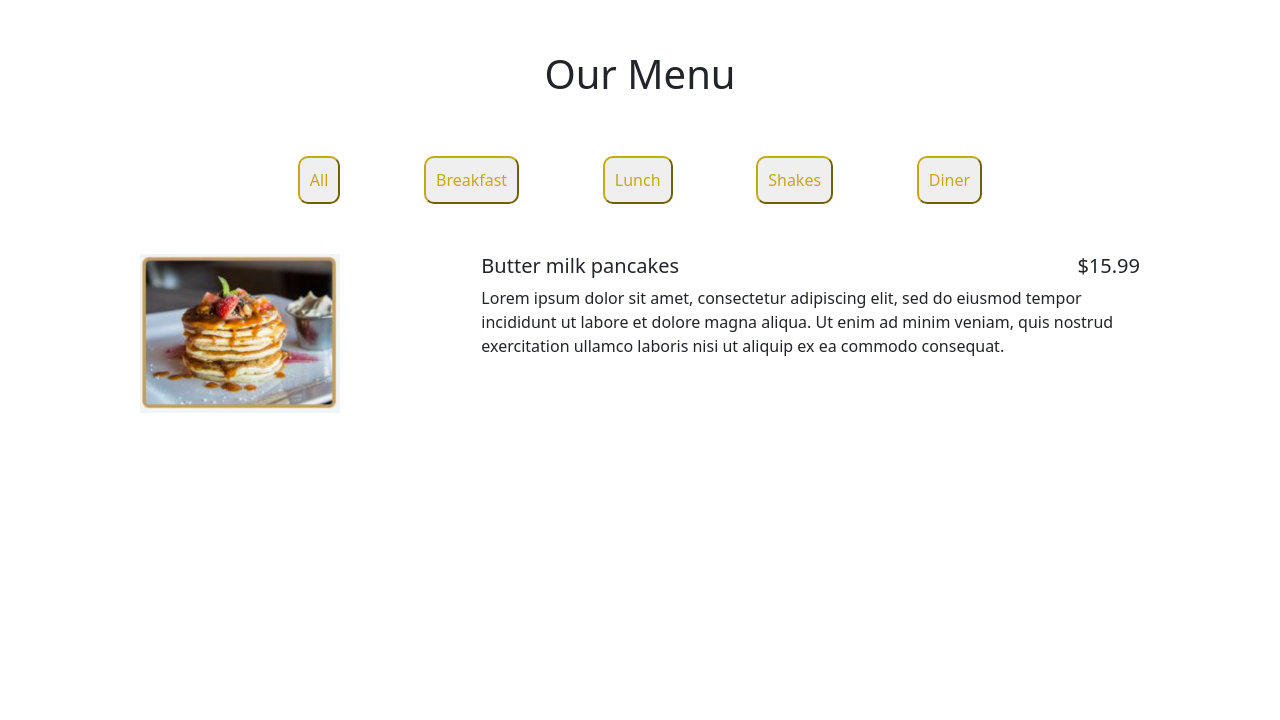
Repository: Sarah7223/internet-programming-tp
Page: TP4/TP04.2.html
The author's editor kept a copy of each file at every save. The page is drawn from the files as they stood at one save, then again after the next save.
The browser window is 1280 px wide. The pictures show the whole page.

Above is the page before, as saved 2023-01-31 22:46:51.

### TP4/TP04.2.html
<!doctype html>
<html lang="en">
  <head>
    <meta charset="utf-8">
    <meta name="viewport" content="width=device-width, initial-scale=1">
    <title>Bootstrap demo</title>
    <link href="https://cdn.jsdelivr.net/npm/bootstrap@5.3.0-alpha1/dist/css/bootstrap.min.css" rel="stylesheet" integrity="sha384-GLhlTQ8iRABdZLl6O3oVMWSktQOp6b7In1Zl3/Jr59b6EGGoI1aFkw7cmDA6j6gD" crossorigin="anonymous">
    <style>
        .background{
            height:100%;
            width:100%;
            display: flex;
            flex-direction: column;
            align-items: center;
        }
        h1{
            margin-top:50px;

        }
        .buttons{
            margin-top:50px;
            display:flex;
            width:60%;
            justify-content: space-around;
        }
        img{
            width: 200px;
        }
        .title-price{
            display: flex;
            justify-content: space-between;
        }
        .row{
            margin-top:50px;
            width:80%;
        }
        h3{
            font-size: 20px;
        }
        button{
            color: rgb(196, 169, 16);
            border-color: rgb(196, 169, 16);
            border-radius: 10px;
            padding:10px;
        }


    </style>
    </head>
  <body>
    <div class="background">
        <h1> Our Menu </h1>
        <div class="buttons">
            <button >All</button>
            <button>Breakfast</button>
            <button>Lunch</button>
            <button>Shakes</button>
            <button>Diner</button>
        </div>
        <div class="row">
            <div class="col-sm-4">
                <img src="./pancakes.png">
            </div>
            <div class="col-sm-8">
                <div class="title-price">
                    <h3>Butter milk pancakes</h3>
                    <h3>$15.99</h3>
                </div>
                <p>Lorem ipsum dolor sit amet, consectetur adipiscing elit, sed do eiusmod tempor incididunt ut labore et dolore magna aliqua. Ut enim ad minim veniam, quis nostrud exercitation ullamco laboris nisi ut aliquip ex ea commodo consequat. </p>

            </div>
        </div>

    </div>
    <script src="https://cdn.jsdelivr.net/npm/bootstrap@5.3.0-alpha1/dist/js/bootstrap.bundle.min.js" integrity="sha384-w76AqPfDkMBDXo30jS1Sgez6pr3x5MlQ1ZAGC+nuZB+EYdgRZgiwxhTBTkF7CXvN" crossorigin="anonymous"></script>
  </body>
</html>

After the next save:
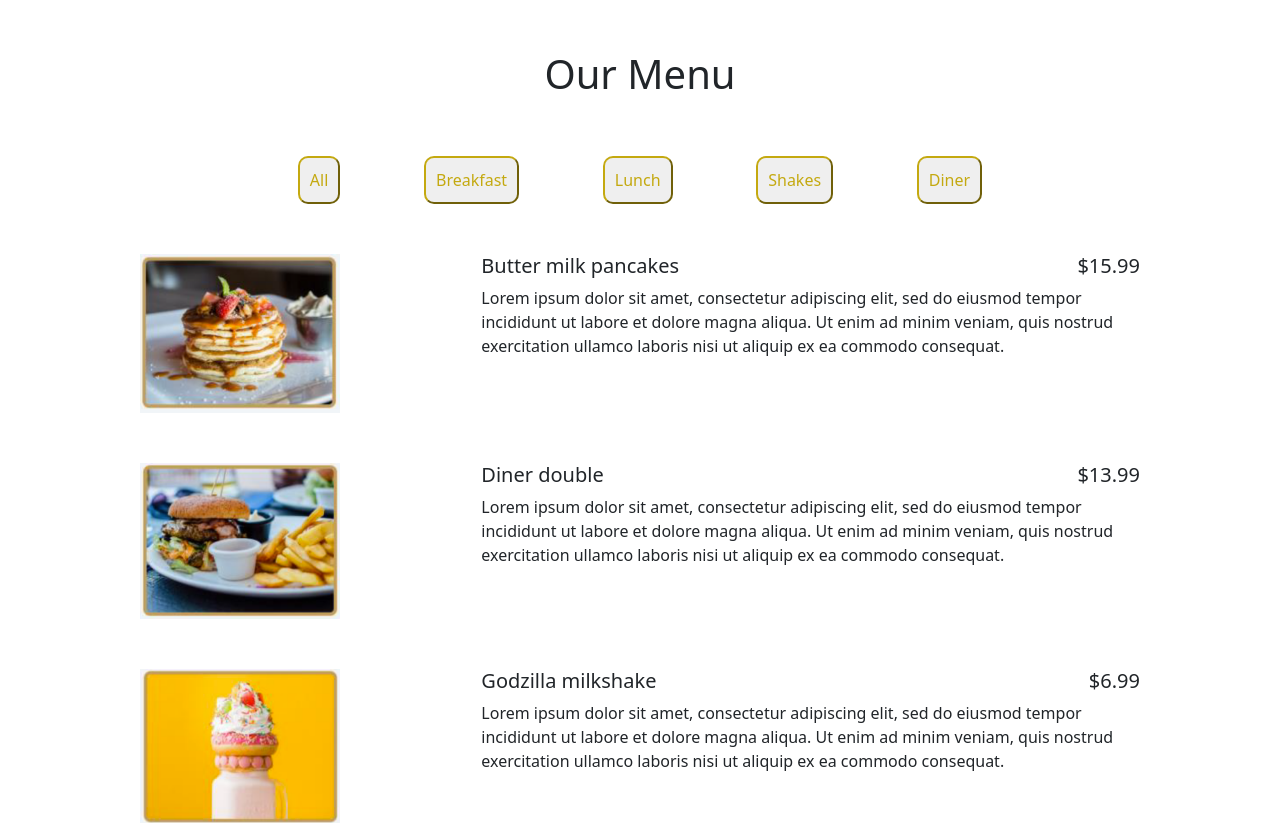
Saved 118 s later.
--- a/TP4/TP04.2.html
+++ b/TP4/TP04.2.html
@@ -70,6 +70,32 @@
 
             </div>
         </div>
+        <div class="row">
+            <div class="col-sm-4">
+                <img src="./diner.png">
+            </div>
+            <div class="col-sm-8">
+                <div class="title-price">
+                    <h3>Diner double</h3>
+                    <h3>$13.99</h3>
+                </div>
+                <p>Lorem ipsum dolor sit amet, consectetur adipiscing elit, sed do eiusmod tempor incididunt ut labore et dolore magna aliqua. Ut enim ad minim veniam, quis nostrud exercitation ullamco laboris nisi ut aliquip ex ea commodo consequat. </p>
+
+            </div>
+        </div>
+        <div class="row">
+            <div class="col-sm-4">
+                <img src="./milkshake.png">
+            </div>
+            <div class="col-sm-8">
+                <div class="title-price">
+                    <h3>Godzilla milkshake</h3>
+                    <h3>$6.99</h3>
+                </div>
+                <p>Lorem ipsum dolor sit amet, consectetur adipiscing elit, sed do eiusmod tempor incididunt ut labore et dolore magna aliqua. Ut enim ad minim veniam, quis nostrud exercitation ullamco laboris nisi ut aliquip ex ea commodo consequat. </p>
+
+            </div>
+        </div>
 
     </div>
     <script src="https://cdn.jsdelivr.net/npm/bootstrap@5.3.0-alpha1/dist/js/bootstrap.bundle.min.js" integrity="sha384-w76AqPfDkMBDXo30jS1Sgez6pr3x5MlQ1ZAGC+nuZB+EYdgRZgiwxhTBTkF7CXvN" crossorigin="anonymous"></script>
